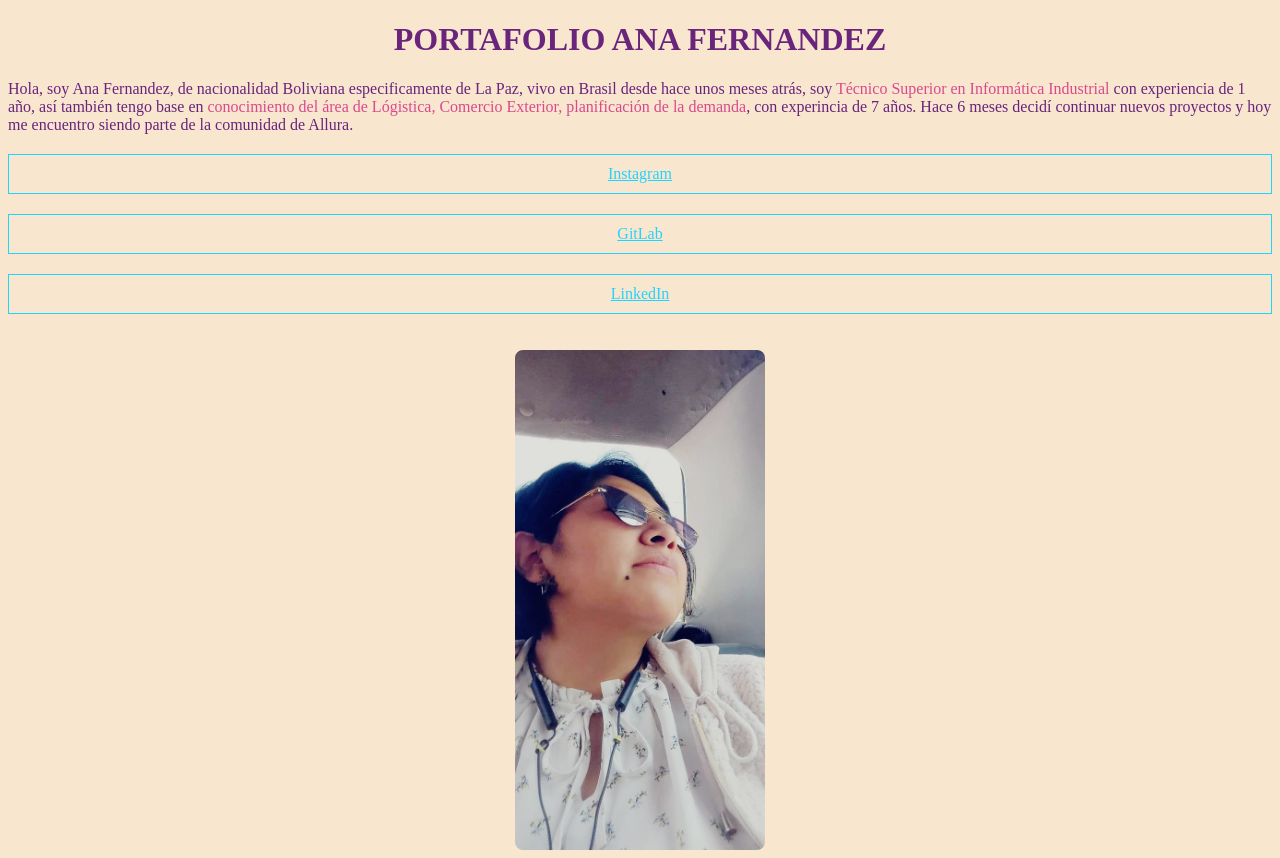
Repository: AnaFzCz/PROYECTOS-HTML---CSS2
Page: Portafolio/index.html
The author's editor kept a copy of each file at every save. The page is drawn from the files as they stood at one save, then again after the next save.
The browser window is 1280 px wide. The pictures show the whole page.

Above is the page before, as saved 2025-01-23 07:26:53.

After the next save:
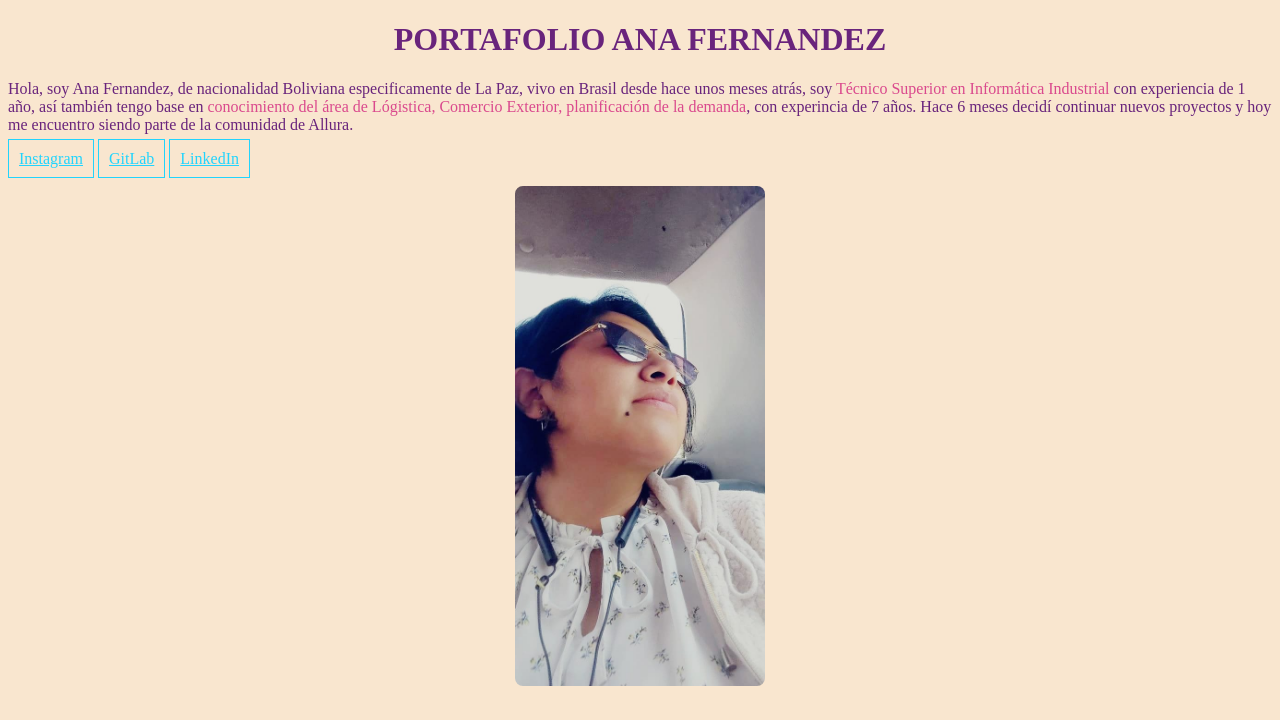
Saved 44 s later.
--- a/Portafolio/style.css
+++ b/Portafolio/style.css
@@ -29,7 +29,7 @@ img {
   img:hover {
     transform: scaleX(-1);
   }
-  .botones {
+  .bot {
     margin-top: 20px;
     display: flex;
     justify-content: center;

After the save that followed:
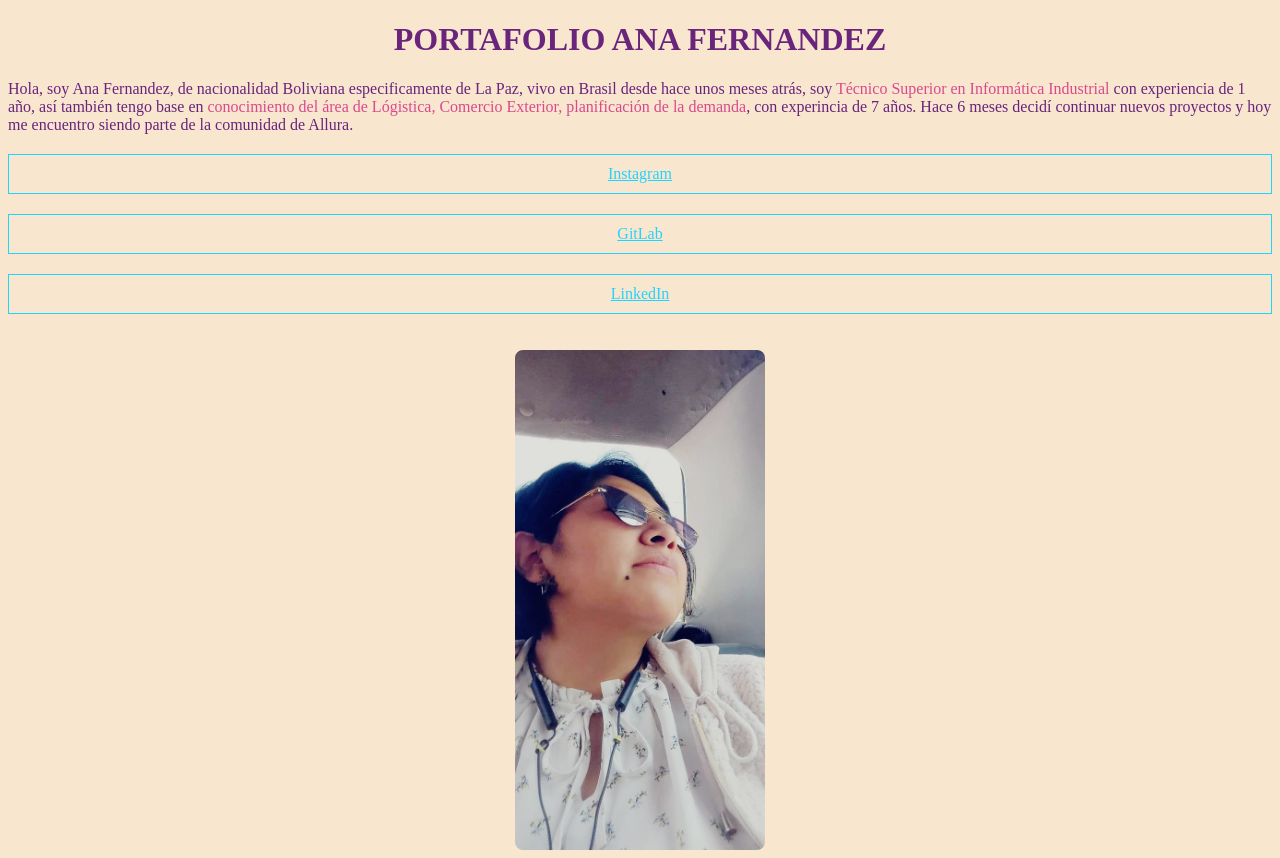
Saved 4 s later.
--- a/Portafolio/index.html
+++ b/Portafolio/index.html
@@ -15,9 +15,9 @@
         <h1 style="text-align: center;">PORTAFOLIO ANA FERNANDEZ</h1>
         <p>Hola, soy Ana Fernandez, de nacionalidad Boliviana especificamente de La Paz, vivo en Brasil desde hace unos meses atrás, soy <span>Técnico Superior en Informática Industrial</span> con experiencia de 1 año, así también tengo base en <span>conocimiento del área de Lógistica, Comercio Exterior, planificación de la demanda</span>, con experincia de 7 años. Hace 6 meses decidí continuar nuevos proyectos y hoy me encuentro siendo parte de la comunidad de Allura.</p>
             <div >
-        <a class="botones" href="https://instagram.com/anafzcz">Instagram</a>
-        <a class="botones" href="https://github.com/AnaFzCz">GitLab</a>
-        <a class="botones" href="https://linkedin.com/in/ana-fernandez-cruz-238787124">LinkedIn</a>
+        <a class="bot" href="https://instagram.com/anafzcz">Instagram</a>
+        <a class="bot" href="https://github.com/AnaFzCz">GitLab</a>
+        <a class="bot" href="https://linkedin.com/in/ana-fernandez-cruz-238787124">LinkedIn</a>
         <br>
         <br>
         <img src="mindfullness.jpg" alt="myself" style="width:250px;height: 500px;">
